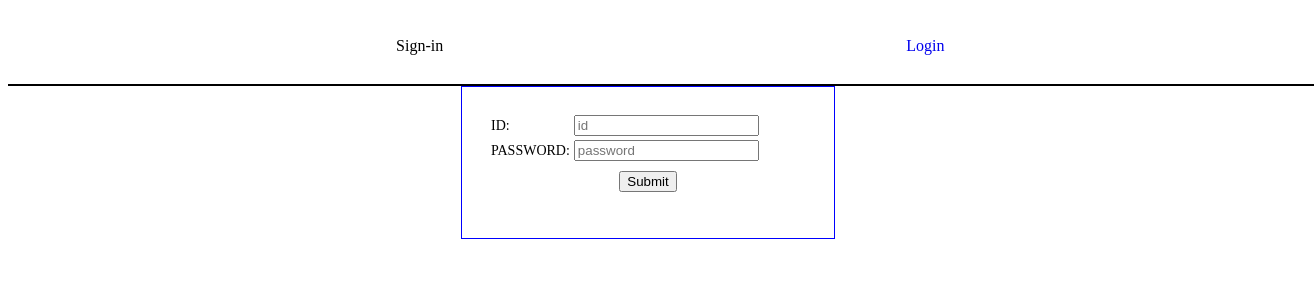
Repository: moshe31sh/Java_ee_final_project_todo_list
Page: http://localhost/Toto_list_final_project/login.jsp
The author's editor kept a copy of each file at every save. The page is drawn from the files as they stood at one save, then again after the next save.
The browser window is 1280 px wide. The page is 1314 px wide, so the pictures cover 1314 px, including what lies to the right of the window. The pictures show the whole page.
The page is served by Tomcat 9.

Above is the page before, as saved 2015-12-05 10:44:33.

After the next save:
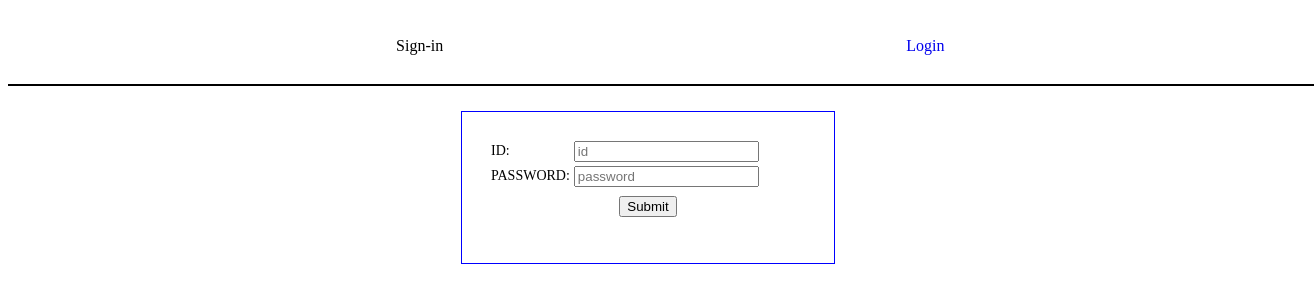
Saved 16 s later.
--- a/Toto_list_final_project/WebContent/CSS/style.css
+++ b/Toto_list_final_project/WebContent/CSS/style.css
@@ -27,6 +27,7 @@ nav{
 	width: 100%;
 	padding:1%;
 	border-bottom: 2px solid black;
+	margin-bottom: 2%
 }
 ul{
 	width:80%;
